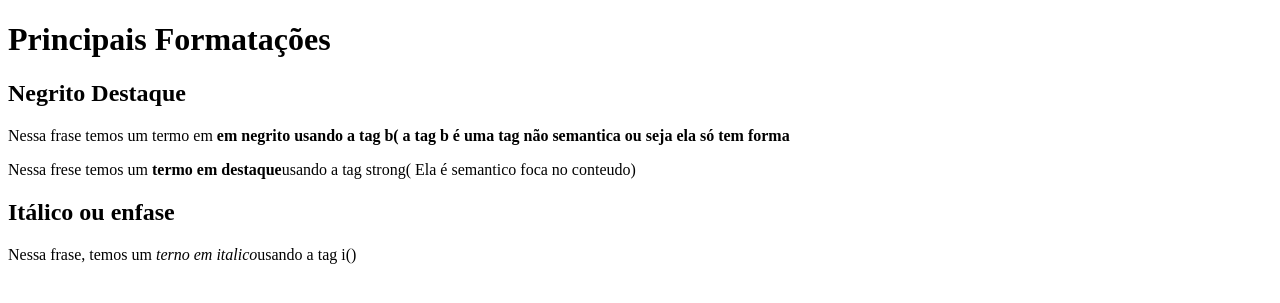
Repository: Guillermomarcon/exercicios
Page: ex008/index.html
These files come from the project's save history. The page is drawn as it stood at one moment and after the next save; the edit follows.
The browser window is 1280 px wide. The pictures show the whole page.

Above is the page before, as saved 2020-12-08 01:39:37.

### ex008/index.html
<!DOCTYPE html>
<html lang="pt-br">
<head>
    <meta charset="UTF-8">
    <meta name="viewport" content="width=device-width, initial-scale=1.0">
    <title>Formatação de Textos</title>
</head>
<body>
    <h1>Principais Formatações</h1>
    <h2>Negrito Destaque</h2>
    <p>Nessa frase temos um termo em <b>em negrito usando a tag b( a tag b é uma tag não semantica ou seja ela só tem forma</b> </p>
    <p>Nessa frese temos um <strong>termo em destaque</strong>usando a tag strong( Ela é semantico foca no conteudo) </p>
    <h2>Itálico ou enfase</h2>
    <p>Nessa frase, temos um <i>terno em italico</i>usando a tag i() </p>



</body>
</html>

After the next save:
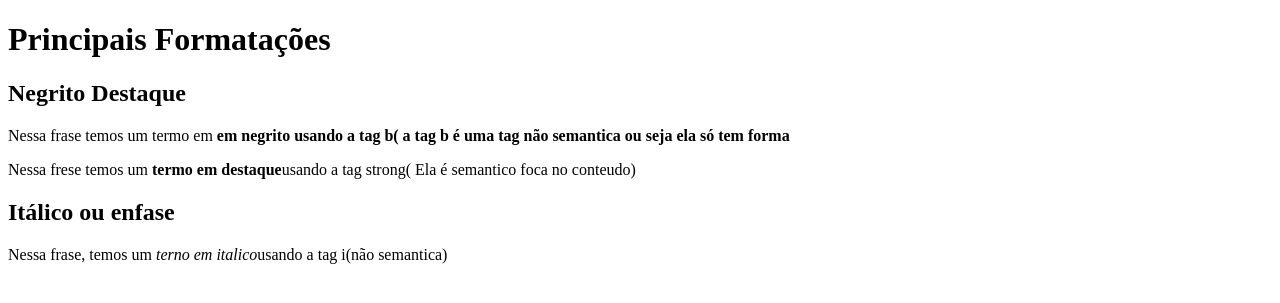
Saved 4 s later.
--- a/ex008/index.html
+++ b/ex008/index.html
@@ -11,7 +11,7 @@
     <p>Nessa frase temos um termo em <b>em negrito usando a tag b( a tag b é uma tag não semantica ou seja ela só tem forma</b> </p>
     <p>Nessa frese temos um <strong>termo em destaque</strong>usando a tag strong( Ela é semantico foca no conteudo) </p>
     <h2>Itálico ou enfase</h2>
-    <p>Nessa frase, temos um <i>terno em italico</i>usando a tag i() </p>
+    <p>Nessa frase, temos um <i>terno em italico</i>usando a tag i(não semantica) </p>
 
 
 
